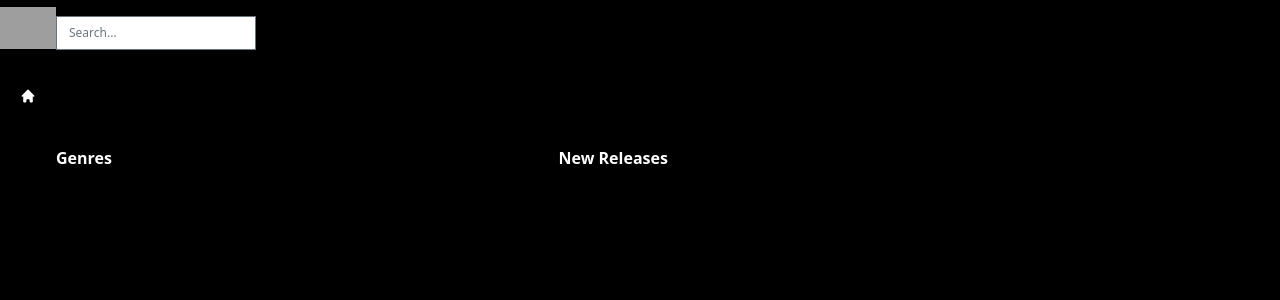
Repository: Deonorla/Spotify-Redesign
Page: /
The author's editor kept a copy of each file at every save. The page is drawn from the files as they stood at one save, then again after the next save.
The browser window is 1280 px wide. The pictures show the whole page.
Pictures or frames that could not be fetched are drawn as grey boxes. The page's requests for data from a server got no answer. The project was rebuilt for these pictures with package versions that can differ from the ones it lists, and the page was loaded fresh each time. The framework's server and built-in components were replaced by stand-ins that run in the browser. No one was signed in, and anything a server would have sent is missing. Also part of the build but not shown: next.config.js, Components/Poster.tsx, Components/Track.tsx, Components/Loader.tsx.

Above is the page before, as saved 2023-05-10 09:00:05.

### pages/index.tsx
import type { NextPage } from 'next';
import { useRouter } from 'next/router';
import { useSession } from "next-auth/react";
import Head from 'next/head';
import Dashboard from '../Components/Dashboard';
import Loader from '../Components/Loader';


const Home: NextPage = () => {
  const router = useRouter();
  const {status, data: session} = useSession({
     required: true,
     onUnauthenticated() {
         router.push('/auth/signin');
     },
  });

  if(status === "loading"){
    return <Loader />;
  }


  return (
    <div className="">
      <Head>
        <title>Spotify Redesign- Dashboard</title>
        <link rel="icon" href="/favicon.ico" />
      </Head>

     <Dashboard />

    </div>
  )
}

export default Home

### styles/globals.css
@tailwind base;
@tailwind components;
@tailwind utilities;

@layer base {
    body{
        @apply bg-black scrollbar-hide;
    }
}

@layer components {
    .sidebarIcon {
        @apply h-6 text-[#808080] cursor-pointer;
    }

    .tag{
        @apply py-1.5 px-3 text-[#cecece] bg-[#282828] rounded-xl text-xs font-bold border-2 border-[#484848];
    }

    .genre{
        @apply py-2.5 px-3.5 text-[#cecece] bg-[#282828] rounded-xl text-xs font-bold border-2 border-[#484848] cursor-default;
     }

     .btn{
        @apply text-[#cecece] bg-[#1a1a1a] text-[13px] py-3.5 px-4 rounded-2xl w-full font-bold bg-opacity-100 transition ease-out;
     }

     .icon{
        @apply hover:scale-125 transition-all duration-150 ease-out;
     }
}

### Components/Dashboard.tsx
import type { NextPage } from 'next';
import { useRecoilState } from 'recoil';
import SpotifyWebApi from "spotify-web-api-node";
import { playingTrackState } from '../atom/playAtom';
import Body from "./Body";
import Right from "./Right";
import Sidebar from "./Sidebar";

const spotifyApi = new SpotifyWebApi({
    clientId: process.env.SPOTIFY_CLIENT_ID,
});


const Dashboard: NextPage = () =>{
    const [playingTrack, setPlayingTrack] = useRecoilState(playingTrackState);

    const chooseTrack = (track: any) =>{
        setPlayingTrack(track);
    };

    return(
        <main className='flex min-h-screen min-w-max bg-black lg:pb-24'>
           <Sidebar/>
           <Body spotifyApi = {spotifyApi} chooseTrack={chooseTrack} />
           <Right spotifyApi = {spotifyApi} chooseTrack={chooseTrack} />
        </main>
    )
}

export default Dashboard;

### atom/playAtom.ts
import { atom } from "recoil";

export const playState = atom({
 key: 'playState',
 default: false,
});

export const playingTrackState = atom({
 key: 'playingTrackState',
 default: "",
})

### Components/Body.tsx
import type { NextPage } from 'next';
import { useEffect, useState } from 'react';
import { useSession } from 'next-auth/react';
import Search from './Search';
import Poster from './Poster';
import Track from './Track';


interface Props {
  spotifyApi: any,
  chooseTrack: any,
}

const Body: NextPage<Props>  = ({spotifyApi, chooseTrack}) => {
  const { data: session} = useSession();
  const  accessToken : any = session?.accessToken;
  const [find, setFind] = useState<string>("");
  const [searchResults, setSearchResults] = useState<string[]>([]);
  const [newRelease, setNewRelease] = useState<string[]>([]);

 useEffect(()=>{
   if(!accessToken) return;
   spotifyApi.setAccessToken(accessToken);
 },[accessToken])

 // Searching...
  useEffect(()=>{
   if(!find) return setSearchResults([]);
   if(!accessToken) return;
   spotifyApi.searchTracks(find).then((res: any)  => {
    setSearchResults(res.body.tracks.items.map((track: any) => {
      return{
        id: track.id,
        artist: track.artists[0].name,
        title: track.name,
        url: track.uri,
        albumUrl: track.album.images[0].url,
        popularity: track.popularity,
      }

    }))

   })

  },[find, accessToken])

 // New Releases...
  useEffect(()=>{

   if(!accessToken) return;
   spotifyApi.getNewReleases(find).then((res: any)  => {
    setNewRelease(res.body.albums.items.map((track: any) => {
      return{
         id: track.id,
         artist: track.artists[0].name,
         title: track.name,
         url: track.uri,
         albumUrl: track.images[0].url,
      }
    }))
  })


  },[find, accessToken])


  return (
    <section className='bg-black ml-24 py-4 space-y-8 md:max-w-5xl
    flex-grow md:mr-2.5' >
      <Search find={find} setFind={setFind} />

      <div className='grid overflow-y-scroll scrollbar-hide h-96 py-4 grid-cols-2
      lg:grid-cols-3 xl:grid-cols-4 gap-[12px] p-4'>
         {searchResults.length === 0 ? newRelease.slice(0,4).map((track: any)=>(
           <Poster
           key={track.id}
           track = {track}
           chooseTrack={chooseTrack}
            />
         )) : searchResults.slice(0,4).map((track: any) => (
          <Poster
          key={track.id}
          track = {track}
          chooseTrack={chooseTrack}
           />
         ))}
      </div>

      <div className='flex gap-x-8 absolute min-w-full md:relative
      ml-6'>
       {/* Genres */}
       <div className='hidden xl:inline max-w-[270px]'>
        <h2 className='text-white font-bold mb-3'>Genres</h2>
        <div className='flex gap-x-2 gap-y-2.5 flex-wrap mb-3'>
          <div className='genre'> Classic</div>
          <div className='genre'> House</div>
          <div className='genre'> Minimal</div>
          <div className='genre'> Hip Hop</div>
          <div className='genre'> Electronic</div>
          <div className='genre'> Chilout</div>
          <div className='genre'> Blues</div>
          <div className='genre'> Country</div>
          <div className='genre'> Techno</div>
        </div>
         <button className='btn'>
           All Genres
         </button>
       </div>

       {/* Tracks */}
       <div>
        <h2 className='text-white font-bold mb-3'>
           {searchResults.length === 0 ?
        "New Releases" : "Tracks" }</h2>
        <div className='space-y-3 border-2 border-[#262626] rounded-2xl
        p-3 bg-[#0d0d0d] overflow-y-scroll h-[1000px] md:h-96
        scrollbar-thin scrollbar-thumb-gray-600 scrollbar-thumb-rounded
        hover:scrollbar-thumb-gray-500 w-[700px]'>
          { searchResults.length === 0
            ? newRelease
            .slice(4, newRelease.length)
            .map((track: any) => (
              <Track
                  key={track.id}
                  track={track}
                  chooseTrack={chooseTrack}
               />
            ))
            : searchResults.slice(4, searchResults.length)
            .map((track: any) => (
              <Track
               key={track.id}
               track={track}
               chooseTrack={chooseTrack}
              />
            ))
          }
        </div>
       </div>
      </div>
     </section >
  )
}

export default Body;

### Components/Right.tsx
import type { NextPage } from 'next';
import {HiOutlineShieldCheck} from "react-icons/hi";
import {MdOutlineSettings} from "react-icons/md";
import {BiBell} from "react-icons/bi";
import  {ViewGridIcon} from "@heroicons/react/solid";
import DropDown from './DropDown';


interface Props {
  spotifyApi: any,
  chooseTrack: any,
}
const Right = ({spotifyApi, chooseTrack}: Props) => {

  return (
    <section className='p-4 space-y-8 pr-8 '>
        <div className='flex space-x-2 items-center justify-between' >
           {/* Icons */}
           <div className='flex items-center space-x-4 border-4 border-[#262626] rounded-full h-12 py-3 px-4'>
              <HiOutlineShieldCheck className='text-[#ccc] text-xl' />
              <MdOutlineSettings  className='text-[#ccc] text-xl'/>
              <BiBell   className='text-[#ccc] text-xl'/>
           </div>
           {/* profile */}
             <DropDown />
        </div>
        {/* Recently played tracks */}
        <div className='bg-[#0d0d0d] border-2 border-[#262626] rounded-xl space-y-4'>
           <div className=' flex items-center  justify-between'>
            <h4>Recently Played </h4>
            <ViewGridIcon className='text-[#686868] h-6' />
           </div>
        </div>
    </section>
  )
}

export default Right;

### Components/Sidebar.tsx
import type { NextPage } from 'next';
import Image from "next/image";
import {
    ChartBarIcon,
    ClockIcon,
    DotsHorizontalIcon,
    HomeIcon,
} from "@heroicons/react/solid";
import { FaMicrophoneAlt } from "react-icons/fa";
import { RiCompassFill } from "react-icons/ri";


const Sidebar: NextPage = () => {
  return (
    <section className="fixed top-0 z-40 flex flex-col
    p-4 items-center bg-black w-[90px]
    h-screen space-y-8">
         <Image src="https://rb.gy/xkacau"
            width={56}
            height={56}
            objectFit="contain"
         />
         <div className="flex flex-col space-y-8">
            <HomeIcon className="sidebarIcon text-white opacity-[0.85]" />
            <RiCompassFill className="sidebarIcon text-2xl" />
            <FaMicrophoneAlt className="sidebarIcon ml-1" />
            <ChartBarIcon className="sidebarIcon" />
            <ClockIcon className="sidebarIcon" />
            <DotsHorizontalIcon className="sidebarIcon" />
         </div>
    </section>
  )
}

export default Sidebar;

### Components/Search.tsx
import type { NextPage } from 'next';
import { MdOutlineShortText } from "react-icons/md";
   interface Props {
    find: string;
    setFind: React.Dispatch<React.SetStateAction<string>>,
   }

const Search: NextPage<Props>  = ({find, setFind} ) => {

  return (
    <div className=" max-w-[1150px] bg-[#1a1a1a] rounded-full overflow-hidden
    border-2 border-[#333333] p-1.5 px-5 pr-8 flex items-center">
       <div className="h-4 w-4 rounded-full border-2 flex-shrink-0
       animate-pulse" />
       <input type="text"
        value={find}
        onChange={(e) => setFind(e.target.value)}
        className="bg-[#1a1a1a] text-white border-none
        lg:w-full focus:ring-0 outline-none placeholder-[#fafafa]
        text-xs"
        placeholder="Search..."
        />

        <div className="flex items-center  divide-dotted
        divide-x-2 divide-[#333] ml-auto">
           <div className="flex space-x-2 pr-5 ">
            <button className="tag">Minimal</button>
            <button className="tag">Sing</button>
            <button className="tag">House</button>
           </div>

           <div className="flex items-center space-x-1.5 text-[#cecece] pl-4">
            <MdOutlineShortText  className="text-2xl animate-pulse" />
            <span className=" font-medium text-sm ">Filter</span>
           </div>
        </div>
    </div>
  )
}

export default Search;

### Components/DropDown.tsx
import { Menu, Transition } from "@headlessui/react";
import { Fragment } from "react";
import { ChevronDownIcon } from "@heroicons/react/solid";
import { LogoutIcon } from "@heroicons/react/outline";
import { signOut, useSession } from "next-auth/react";

export default function Dropdown() {
  const { data: session } = useSession();

  return (
    <Menu as="div" className="w-24 h-12 relative flex items-center">
      <div className="w-full absolute right-1 group">
        <Menu.Button className="flex items-center w-full px-4 py-3 text-sm font-medium text-white bg-[#1A1A1A] rounded-full hover:bg-[#3E3E3E]">
          <ChevronDownIcon className="h-6 text-[#686868]" aria-hidden="true" />
          <img
            src={session?.user?.image === null ? '' : session?.user?.image }
            alt=""
            className="rounded-full w-11 h-11 absolute -right-1 object-cover"
          />
        </Menu.Button>
      </div>
      <Transition
        as={Fragment}
        enter="transition ease-out duration-100"
        enterFrom="transform opacity-0 scale-95"
        enterTo="transform opacity-100 scale-100"
        leave="transition ease-in duration-75"
        leaveFrom="transform opacity-100 scale-100"
        leaveTo="transform opacity-0 scale-95"
      >
        <Menu.Items className="absolute right-0 w-56 mt-24 origin-top-right bg-[#1A1A1A] divide-y divide-gray-100 rounded-md shadow-lg ring-1 ring-black ring-opacity-5 focus:outline-none">
          <div className="px-1 py-1 ">
            <Menu.Item>
              {({ active }) => (
                <button
                  className={`${
                    active && "bg-white/10"
                  } group flex rounded-md items-center w-full px-2 py-2 text-sm font-semibold tracking-wide text-white cursor-default`}
                  onClick={() => signOut({ redirect: false })}
                >
                  <LogoutIcon className="w-5 h-5 mr-2" aria-hidden="true" />
                  Log out
                </button>
              )}
            </Menu.Item>
          </div>
        </Menu.Items>
      </Transition>
    </Menu>
  );
}

### tailwind.config.js
/** @type {import('tailwindcss').Config} */
module.exports = {
  content: [
    './pages/**/*.{js,ts,jsx,tsx}',
    './components/**/*.{js,ts,jsx,tsx}',
  ],
  theme: {
    extend: {
      screens: {
        "2xl": "1500px",
      },
      keyframes:{
        pulse:{
          "0% 100%":{
             opacity: 1,
          },
          "50%" :{
            opacity: 0.5,
          },
        },
      },
      animation: {
        pulse: 'pulse 3s cubic-bezier(0.4, 0, 0.6, 1) infinite',
      }
    },

  },

  variants:{
    extend:{},
    scrollbar: ["rounded"],
  },

  plugins: [
    require("tailwind-scrollbar-hide"),
    require("tailwind-scrollbar"),
    require("@tailwindcss/forms"),
  ],
}

Loaded but not shown: pages/_app.tsx (common file)

After the next save:
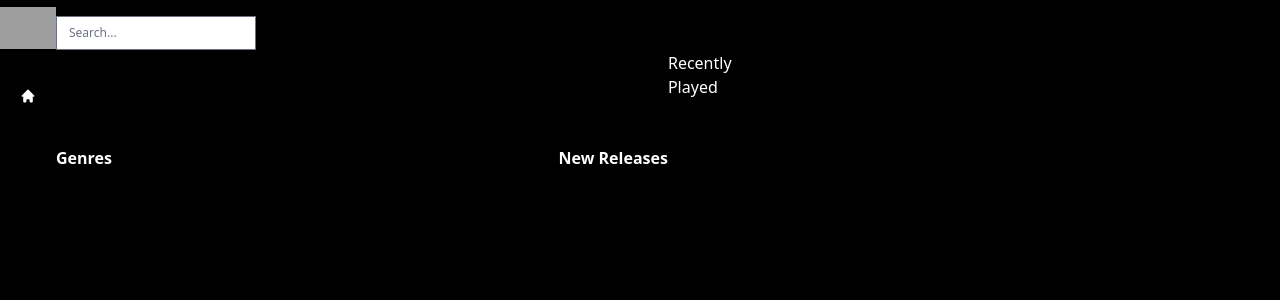
Saved 94 s later.
--- a/Components/Right.tsx
+++ b/Components/Right.tsx
@@ -27,7 +27,7 @@ const Right = ({spotifyApi, chooseTrack}: Props) => {
         {/* Recently played tracks */}
         <div className='bg-[#0d0d0d] border-2 border-[#262626] rounded-xl space-y-4'>
            <div className=' flex items-center  justify-between'>
-            <h4>Recently Played </h4>
+            <h4 className='text-white font-semibold' >Recently Played </h4>
             <ViewGridIcon className='text-[#686868] h-6' />
            </div>
         </div>
